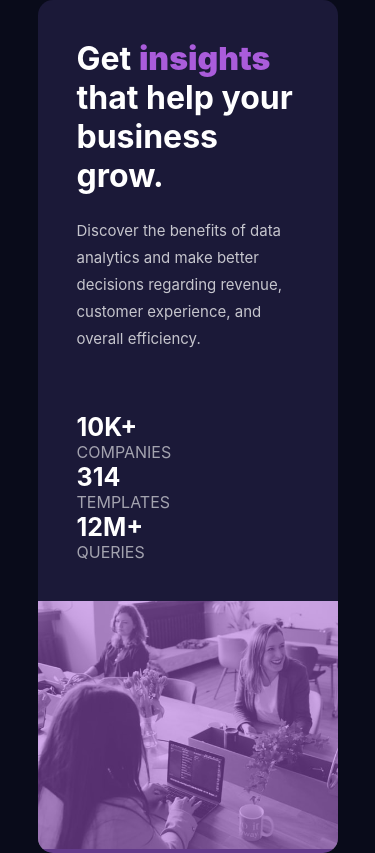
Repository: superZXMzzl/FrontendMentor
Page: stats-preview-card-component-main/index.html
These files come from the project's save history. The page is drawn as it stood at one moment and after the next save; the edit follows.
The browser window is 375 px wide. The pictures show the whole page.

Above is the page before, as saved 2022-05-09 19:22:37.

### stats-preview-card-component-main/index.html
<!DOCTYPE html>
<html lang="en">
<head>
  <meta charset="UTF-8">
  <meta name="viewport" content="width=device-width, initial-scale=1.0"> <!-- displays site properly based on user's device -->

  <link rel="icon" type="image/png" sizes="32x32" href="./images/favicon-32x32.png">
  <link rel="stylesheet" href="./style.css">
  <title>Frontend Mentor | Stats preview card component</title>
</head>
<body>
  <div class="container">
    <div class="left">
      <h1 class="title">Get <span>insights</span> that help your business grow.</h1>
      <p class="description">Discover the benefits of data analytics and make better decisions regarding revenue, customer
        experience, and overall efficiency.</p>
      <div class="sta">
        <div class="staInfo">
          <p class="staTitle">10k+</p>
          <p class="staDetail">companies</p>
        </div>
        <div class="staInfo">
          <p class="staTitle">314</p>
          <p class="staDetail">templates</p>
        </div>
        <div class="staInfo">
          <p class="staTitle">12m+</p>
          <p class="staDetail">queries</p>
        </div>
      </div>
    </div>
    <div class="right">
      <img src="./images/image-header-desktop.jpg" class="image">
    </div>
  </div>
</body>
</html>

### stats-preview-card-component-main/style.css
* {
    font-family: 'Inter', sans-serif;
    font-weight: 400;
    margin: 0;
    padding: 0;
    box-sizing: border-box;
    color: white;
}

body {
    background-color: hsl(233, 47%, 7%);
    min-height: 100vh;
    background-size: contain;
    display: flex;
    align-items: center;
}

.container{
    margin: 0 10%;
    display: grid;
    text-align: left;
    align-items: center;
    background-color: hsl(244, 38%, 16%);
    border-radius: 15px;
    overflow: hidden;
    grid-template-columns: 1fr 1fr;
}

.right{
    width: 100%;
    height: 100%;
    position: relative;
}

.image{
    width: 100%;
    height: 100%;
    object-fit: cover;
}

.right::after{
    position: absolute;
    left: 0;
    top: 0;
    content: '';

    height: 100%;
    width: 100%;
    object-fit: cover;

    background-color: hsl(277, 64%, 61%);
    opacity: 0.5;
}

.left{
    padding: 13%;
}

.title {
    font-weight: 700;
    padding-bottom: 22px;
}

.title span{
    font-weight: bolder;
    color: hsl(277, 64%, 61%);
}

.description{
    font-size: 15px;
    color: hsla(0, 0%, 100%, 0.75);
    line-height: 1.8;
}

.sta{
    padding-top: 60px;
    display: flex;
    align-items: center;
    justify-content: space-between;
    text-transform: uppercase;
}

.staTitle{
    font-size: 25px;
    font-weight: 700;
    color: white;
}

.staDetail{
    color: hsla(0, 0%, 100%, 0.6);
}

@media only screen and (max-width: 425px){
    .container {
        display: block;
    }
    .sta{
        display:block;
    }
}

After the next save:
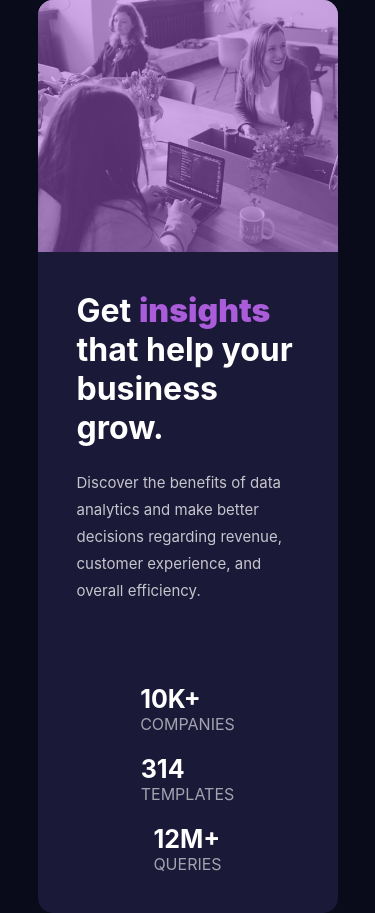
Saved 2 min 38 s later.
--- a/stats-preview-card-component-main/style.css
+++ b/stats-preview-card-component-main/style.css
@@ -91,10 +91,24 @@ body {
 }
 
 @media only screen and (max-width: 425px){
+    body{
+        text-align: center;
+    }
+
     .container {
-        display: block;
+        grid-template-columns: 1fr;
     }
+
+    .right{
+        order: -1;
+    }
+
     .sta{
-        display:block;
+        flex-direction: column;
     }
+
+    .staInfo{
+        margin-top: 20px;
+    }
+
 }
